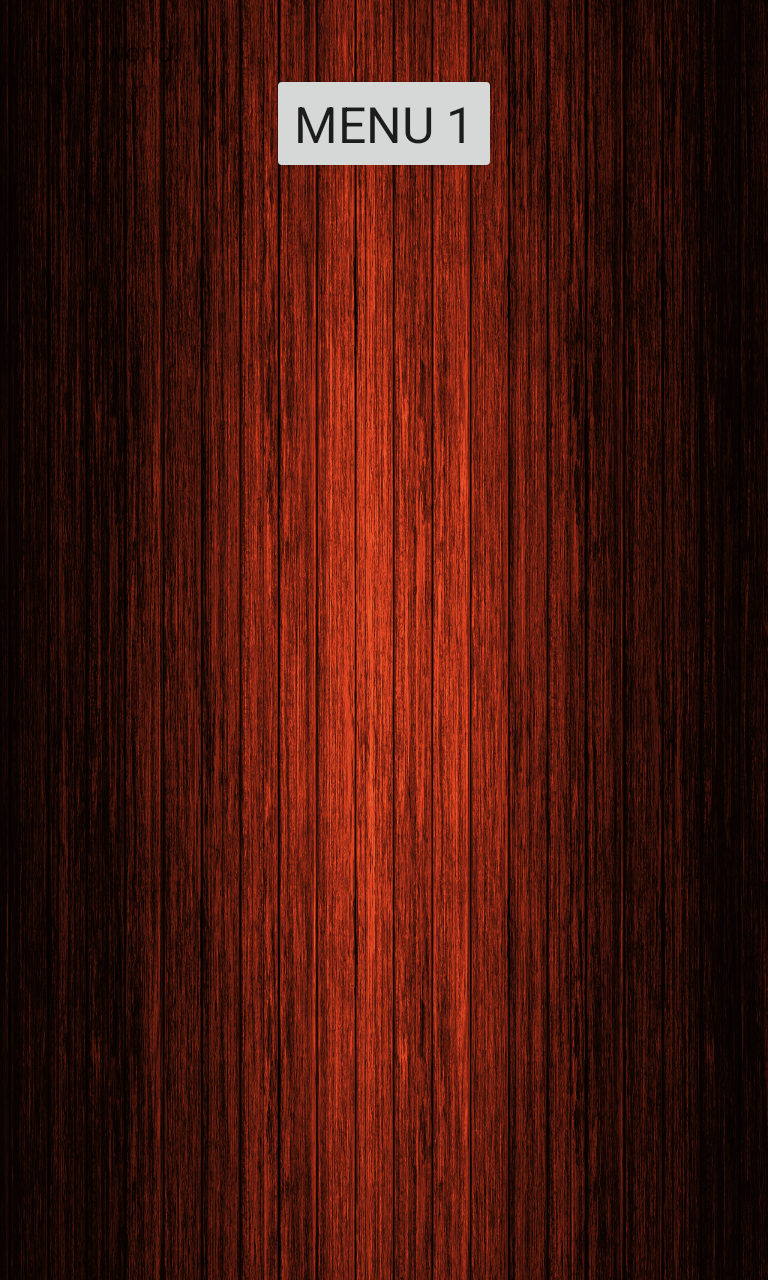
Repository: Hedlundaren/androidmenu
Layout: startmenu/res/layout/activity_main.xml
The author's editor kept a copy of each file at every save. The layout is drawn from the files as they stood at one save, then again after the next save.
It is drawn on a 768 x 1280 px phone screen (xhdpi) without system bars, with theme AppTheme; the app's code is not run.

Above is the layout before, as saved 2014-11-05 17:18:59.

### startmenu/res/layout/activity_main.xml
<RelativeLayout xmlns:android="http://schemas.android.com/apk/res/android"
    xmlns:tools="http://schemas.android.com/tools"
    android:layout_width="match_parent"
    android:layout_height="match_parent"
    android:background="@drawable/redwall"
    android:paddingBottom="@dimen/activity_vertical_margin"
    android:paddingLeft="@dimen/activity_horizontal_margin"
    android:paddingRight="@dimen/activity_horizontal_margin"
    android:paddingTop="@dimen/activity_vertical_margin"
    tools:context="com.example.startmenu.MainActivity" >

    <TextView
        android:id="@+id/textView1"
        android:layout_width="wrap_content"
        android:layout_height="wrap_content"
        android:text="@string/hello_world" />

    <Button
        android:id="@+id/button1"
        android:layout_width="wrap_content"
        android:layout_height="wrap_content"
        android:layout_below="@+id/textView1"
        android:layout_centerHorizontal="true"
        android:text="MENU 1"
        android:textSize="25dp"
        android:typeface="sans" />

</RelativeLayout>

### startmenu/res/values/strings.xml
<?xml version="1.0" encoding="utf-8"?>
<resources>

    <string name="app_name">startmenu</string>
    <string name="hello_world">Hello world!</string>
    <string name="action_settings">Settings</string>

</resources>

Loaded but not shown: startmenu/res/values/styles.xml (common file); startmenu/res/values-v11/styles.xml (common file); startmenu/res/values-v14/styles.xml (common file); startmenu/res/values/dimens.xml (common file); startmenu/res/values-w820dp/dimens.xml (common file)

After the next save:
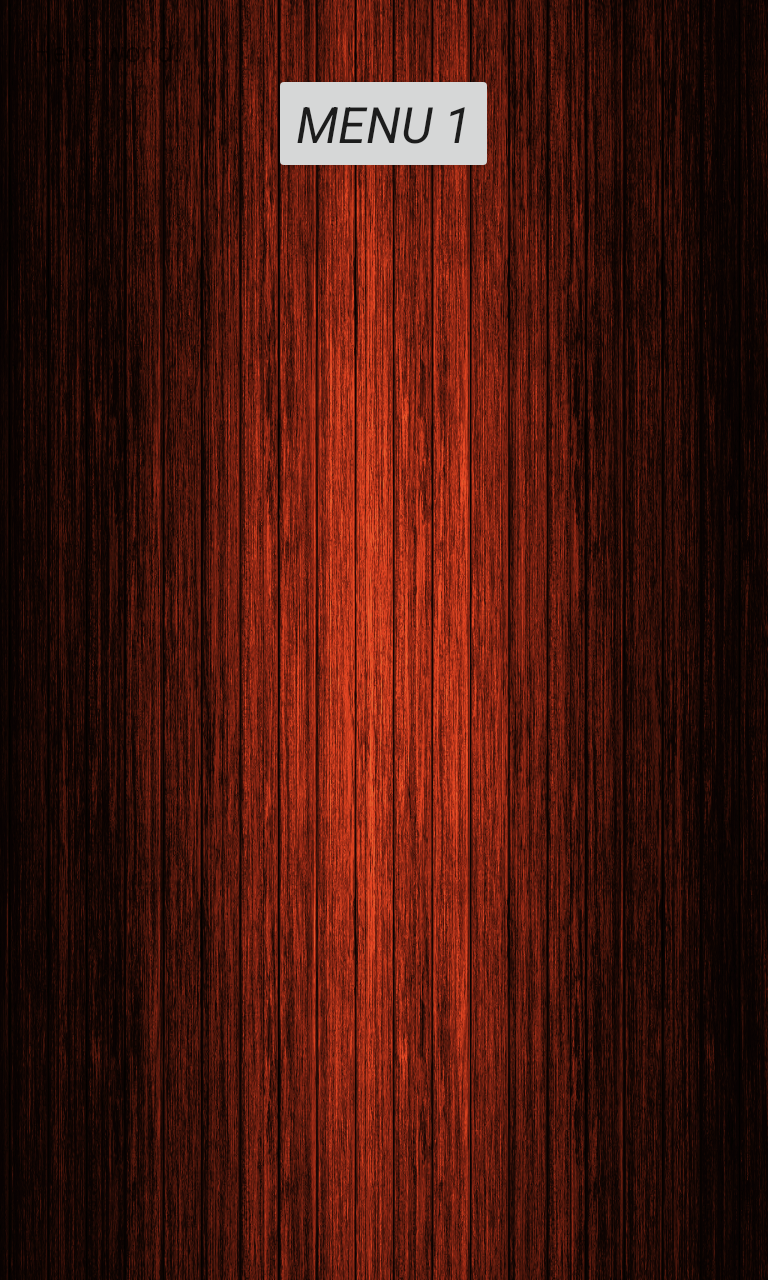
Saved 7 s later.
--- a/startmenu/res/layout/activity_main.xml
+++ b/startmenu/res/layout/activity_main.xml
@@ -23,6 +23,7 @@
         android:layout_centerHorizontal="true"
         android:text="MENU 1"
         android:textSize="25dp"
+        android:textStyle="italic"
         android:typeface="sans" />
 
 </RelativeLayout>
